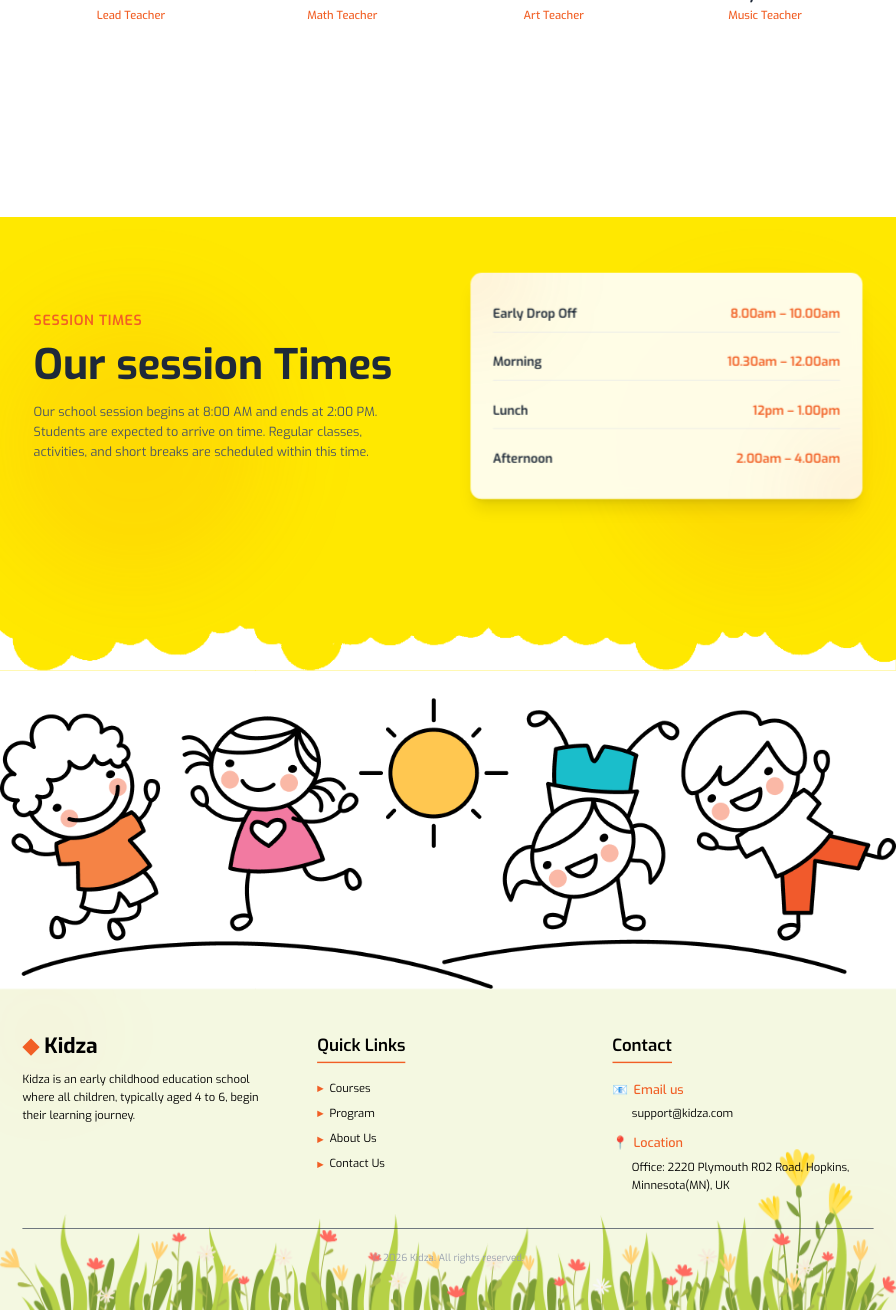
Repository: deepak445566/school
Page: / (app in okwork/)
An editor plug-in stored every save of this project. The page is shown before and after a run of saves, followed by the edit.
The browser window is 1280 px wide. The pictures show the part of the page from y = 3044 to 4964 px (the page is 4916 px tall before and 4964 px after), at 70% of full size.
Some web fonts or font styles are not loaded; a fallback is used. The project was rebuilt for these pictures with package versions that can differ from the ones it lists, and the page was loaded fresh each time. Some packages were replaced by stand-ins written for this rebuild. Also part of the build but not shown: okwork/vite.config.js.

Above is the page before, as saved 2026-02-18 20:23:40.

After the next 2 saves:
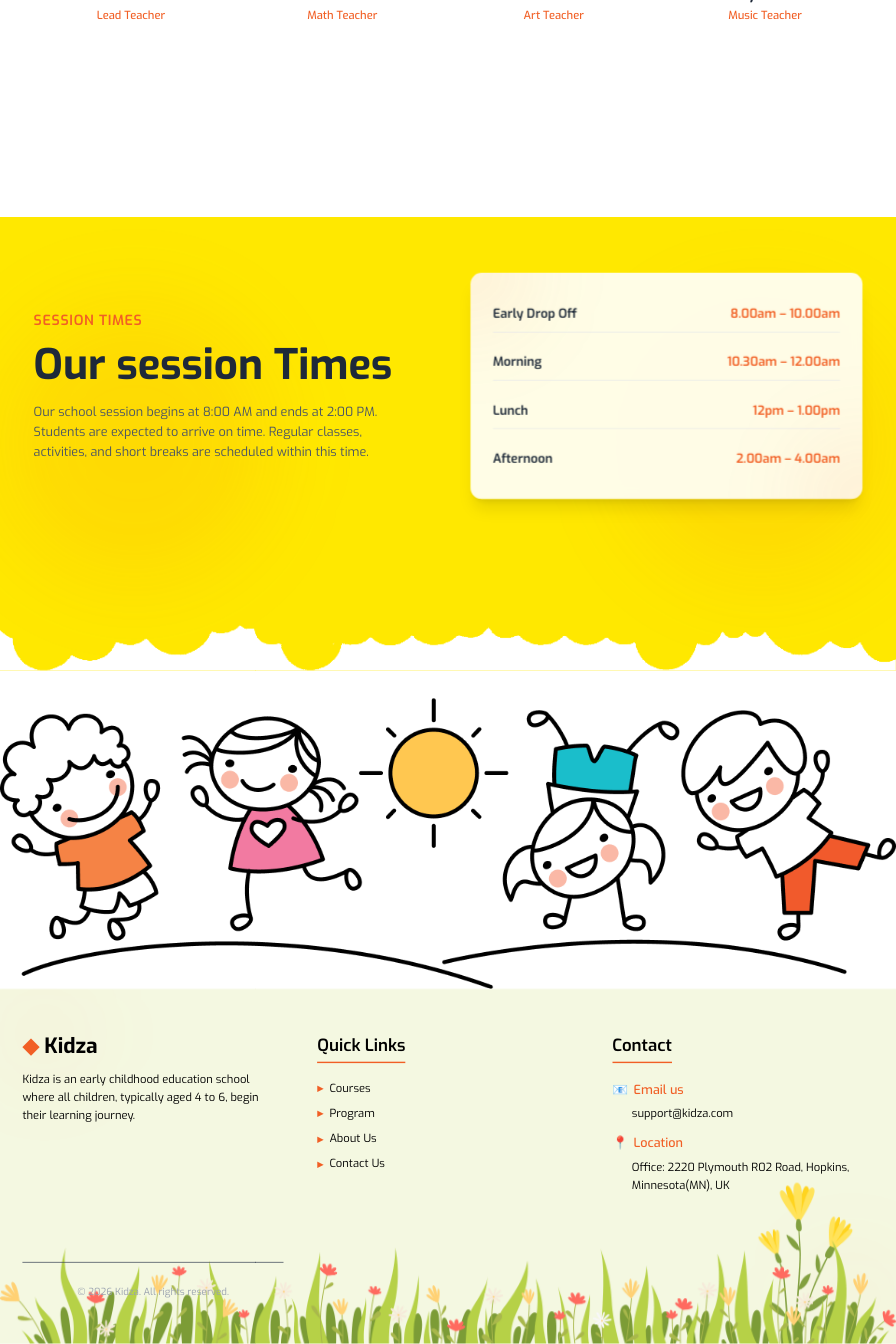
The 2 saves are shown as one change because they came seconds apart.
The last was saved 9 s later.
--- a/okwork/src/components/Footer.jsx
+++ b/okwork/src/components/Footer.jsx
@@ -73,14 +73,15 @@
               </p>
             </div>
           </div>
+            <div className="border-t border-gray-700 mt-8 md:mt-12 pt-6 md:pt-8 text-center text-gray-400 text-xs md:text-sm">
+          <p>&copy; {new Date().getFullYear()} Kidza. All rights reserved.</p>
+        </div>
         </div>
 
 
 
         {/* Bottom Bar */}
-        <div className="border-t border-gray-700 mt-8 md:mt-12 pt-6 md:pt-8 text-center text-gray-400 text-xs md:text-sm">
-          <p>&copy; {new Date().getFullYear()} Kidza. All rights reserved.</p>
-        </div>
+
       </div>
       <div className='absolute bottom-0 left-0 w-full'>
         <img src='/images/bg-bottom.png' className='w-full '/>

After the 2 saves that followed:
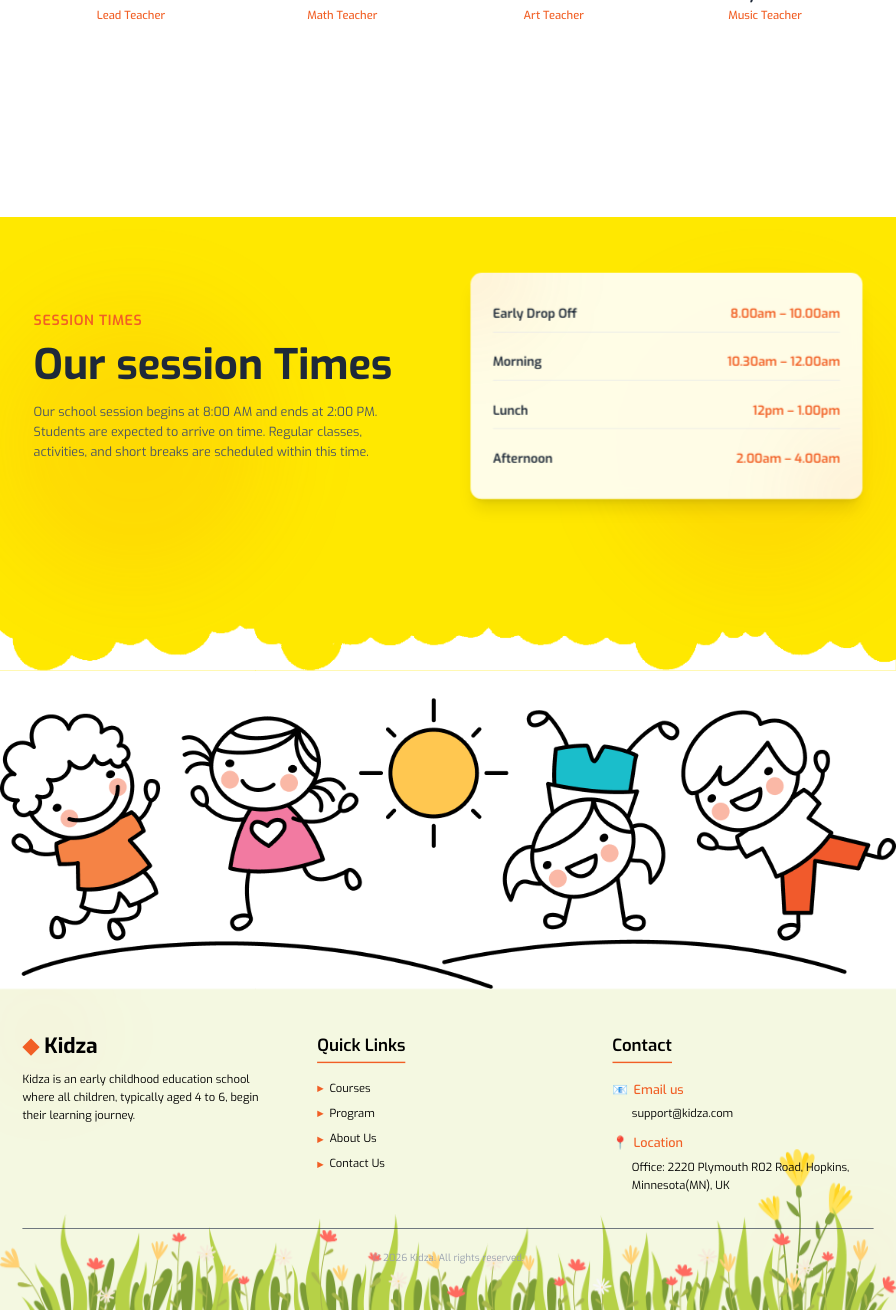
The 2 saves are shown as one change because they came seconds apart.
The last was saved 7 s later.
--- a/okwork/src/components/Footer.jsx
+++ b/okwork/src/components/Footer.jsx
@@ -73,15 +73,14 @@
               </p>
             </div>
           </div>
-            <div className="border-t border-gray-700 mt-8 md:mt-12 pt-6 md:pt-8 text-center text-gray-400 text-xs md:text-sm">
-          <p>&copy; {new Date().getFullYear()} Kidza. All rights reserved.</p>
-        </div>
         </div>
 
 
 
         {/* Bottom Bar */}
-
+        <div className="border-t border-gray-700 mt-8 md:mt-12 pt-6 md:pt-8 text-center text-gray-400 text-xs md:text-sm">
+          <p>&copy; {new Date().getFullYear()} Kidza. All rights reserved.</p>
+        </div>
       </div>
       <div className='absolute bottom-0 left-0 w-full'>
         <img src='/images/bg-bottom.png' className='w-full '/>
